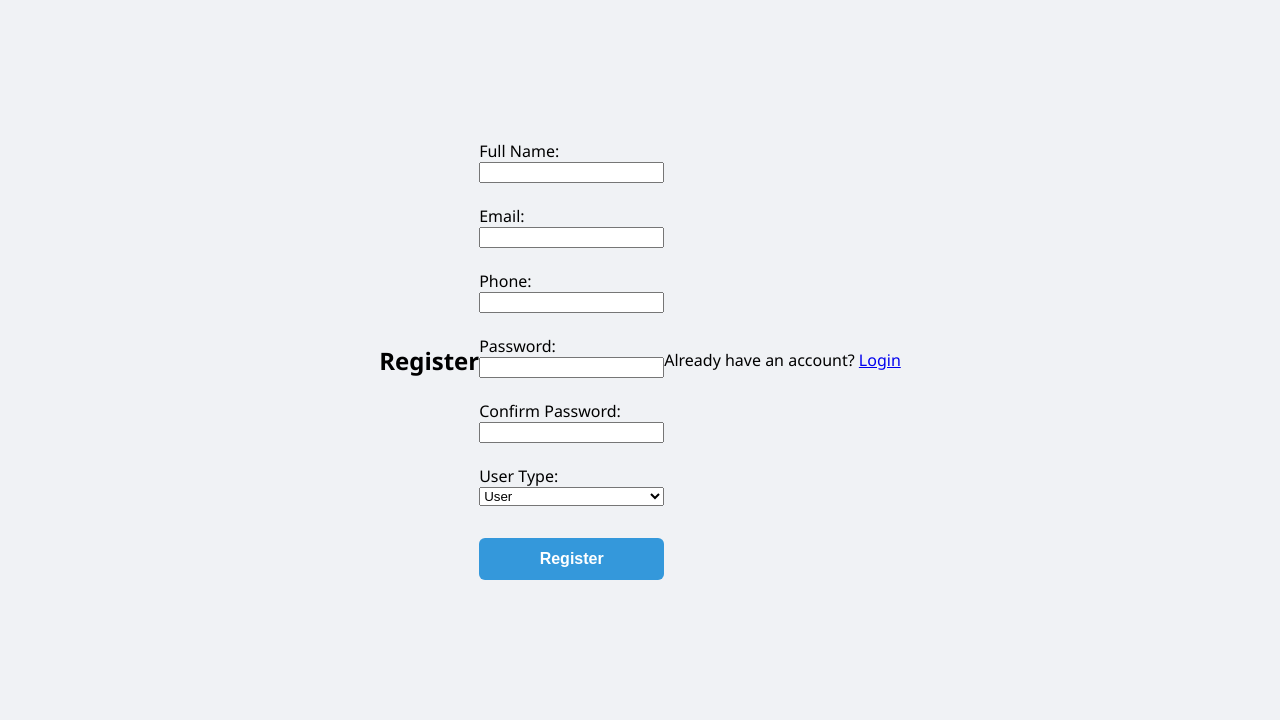
Repository: Ramaryal33/Airline-Management-System
Page: http://localhost/Airline_Management_System/register
These files come from the project's save history. The page is drawn as it stood at one moment and after the next save; the edit follows.
The browser window is 1280 px wide. The pictures show the whole page.
The page is served by Tomcat 10.

Above is the page before, as saved 2025-04-18 14:18:26.

After the next save:
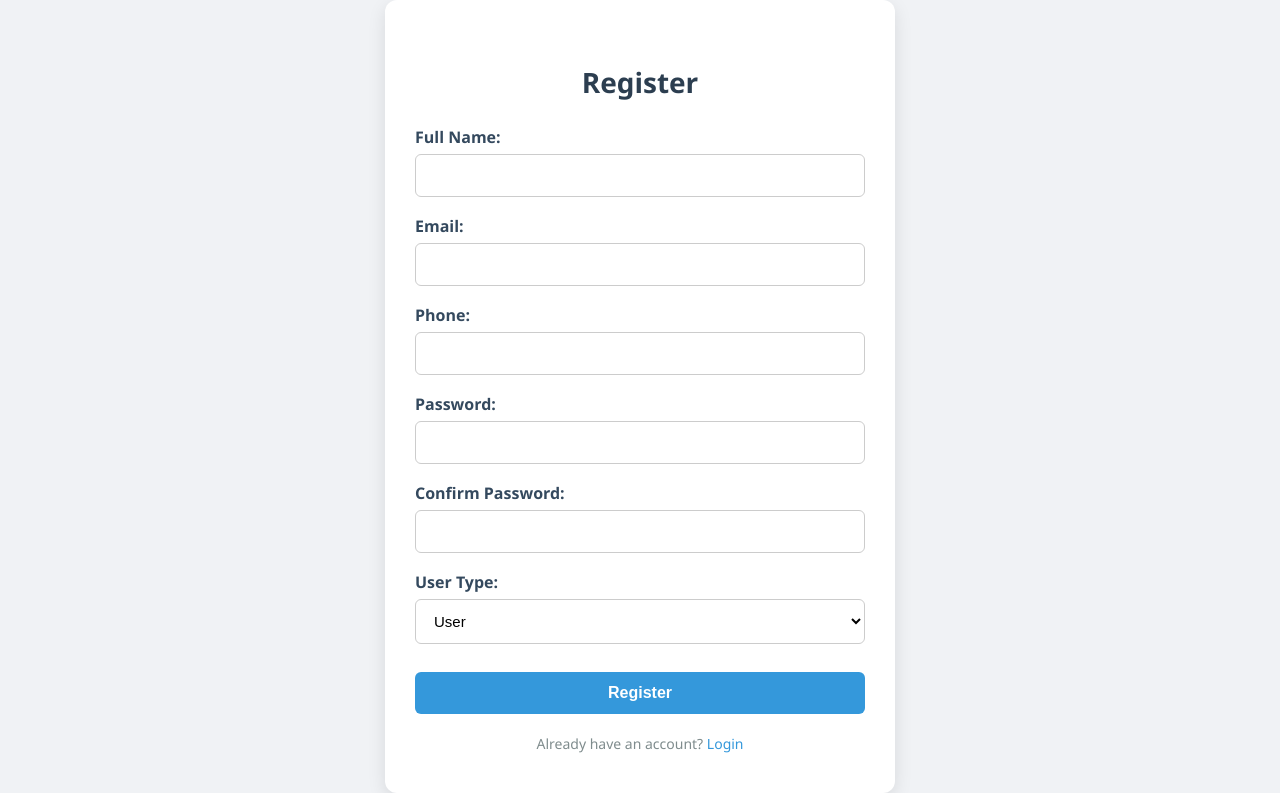
Saved 2 min 38 s later.
--- a/Airline_Management_System/src/main/webapp/WEB-INF/page/register.jsp
+++ b/Airline_Management_System/src/main/webapp/WEB-INF/page/register.jsp
@@ -2,43 +2,70 @@
 <!DOCTYPE html>
 <html>
 <head>
-<link rel="stylesheet" href="${pageContext.request.contextPath}/css/register.css">
+    <title>Register</title>
 
-<link rel="stylesheet" href="${cssPath}">
+    <!-- Main CSS -->
+    <link rel="stylesheet" href="${pageContext.request.contextPath}/css/register.css">
 
-
-    <title>Register</title>
-    <style>
-        .error { color: red; }
-        .success { color: green; }
-    </style>
+    <!-- Optional additional CSS via controller -->
+    <c:if test="${not empty cssPath}">
+        <link rel="stylesheet" href="${cssPath}">
+    </c:if>
 </head>
 <body>
-    <h2>Register</h2>
+    <div class="register-container">
+        <h2>Register</h2>
 
-    <%-- Display success/error messages --%>
-    <% if (request.getAttribute("error") != null) { %>
-        <p class="error"><%= request.getAttribute("error") %></p>
-    <% } %>
-    <% if (session.getAttribute("success") != null) { %>
-        <p class="success"><%= session.getAttribute("success") %></p>
-        <% session.removeAttribute("success"); %>
-    <% } %>
+        <%-- Display error or success message --%>
+        <% if (request.getAttribute("error") != null) { %>
+            <div class="error"><%= request.getAttribute("error") %></div>
+        <% } %>
+        <% if (session.getAttribute("success") != null) { %>
+            <div class="success"><%= session.getAttribute("success") %></div>
+            <% session.removeAttribute("success"); %>
+        <% } %>
 
-    <form method="post" action="register">
-        Full Name: <input type="text" name="fullname" required><br>
-        Email: <input type="email" name="email" required><br>
-        Phone: <input type="tel" name="phone" required><br>
-        Password: <input type="password" name="password" required><br>
-        Confirm Password: <input type="password" name="confirm_password" required><br>
-        User Type:
-        <select name="userType" required>
-            <option value="User">User</option>
-            <option value="Admin">Admin</option>
-            <option value="Staff">Staff</option>
-        </select><br>
-        <button type="submit">Register</button>
-    </form>
-    <p>Already have an account? <a href="login">Login</a></p>
+        <form method="post" action="register">
+            <div class="form-group">
+                <label for="fullname">Full Name:</label>
+                <input type="text" name="fullname" id="fullname" required>
+            </div>
+
+            <div class="form-group">
+                <label for="email">Email:</label>
+                <input type="email" name="email" id="email" required>
+            </div>
+
+            <div class="form-group">
+                <label for="phone">Phone:</label>
+                <input type="tel" name="phone" id="phone" required>
+            </div>
+
+            <div class="form-group">
+                <label for="password">Password:</label>
+                <input type="password" name="password" id="password" required>
+            </div>
+
+            <div class="form-group">
+                <label for="confirm_password">Confirm Password:</label>
+                <input type="password" name="confirm_password" id="confirm_password" required>
+            </div>
+
+            <div class="form-group">
+                <label for="userType">User Type:</label>
+                <select name="userType" id="userType" required>
+                    <option value="User">User</option>
+                    <option value="Admin">Admin</option>
+                    <option value="Staff">Staff</option>
+                </select>
+            </div>
+
+            <button type="submit">Register</button>
+        </form>
+
+        <div class="login-link">
+            Already have an account? <a href="login">Login</a>
+        </div>
+    </div>
 </body>
 </html>
